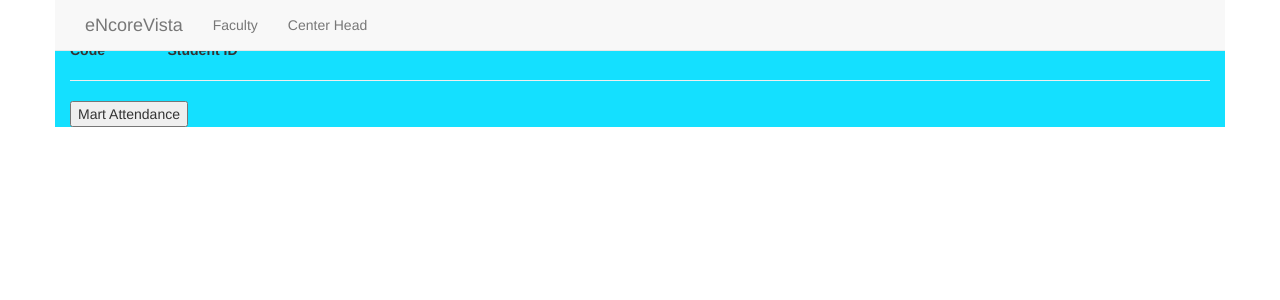
Repository: RajeswarM-NIIT/RajeswarAceMarch2020
Page: http://localhost/attendance/WEB-INF/views/attpage.jsp
The author's editor kept a copy of each file at every save. The page is drawn from the files as they stood at one save, then again after the next save.
The browser window is 1280 px wide. The pictures show the whole page.
The page is served by Tomcat 9. Nobody is signed in. The template is opened directly, without the code that normally fills it, so the values that code supplies are empty.

Above is the page before, as saved 2020-03-13 20:33:33.

After the next save:
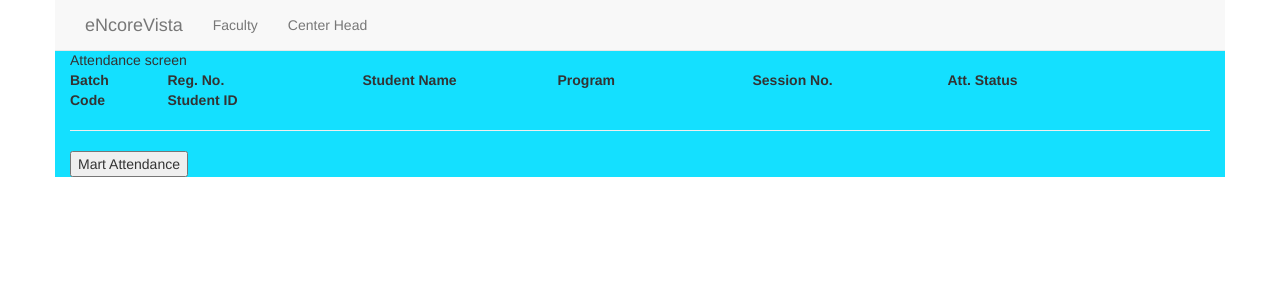
Saved 18 s later.
--- a/attendance/src/main/webapp/WEB-INF/views/attpage.jsp
+++ b/attendance/src/main/webapp/WEB-INF/views/attpage.jsp
@@ -8,7 +8,7 @@
 <body>
 
 <%@ include file = "navbar.jsp" %>
-<div class="container" style="background-color:#14e0ff">
+<div class="container" style="background-color:#14e0ff; margin-top:50px">
 Attendance screen
 	<div class="row" style="font-style:bold">
 		<strong>
